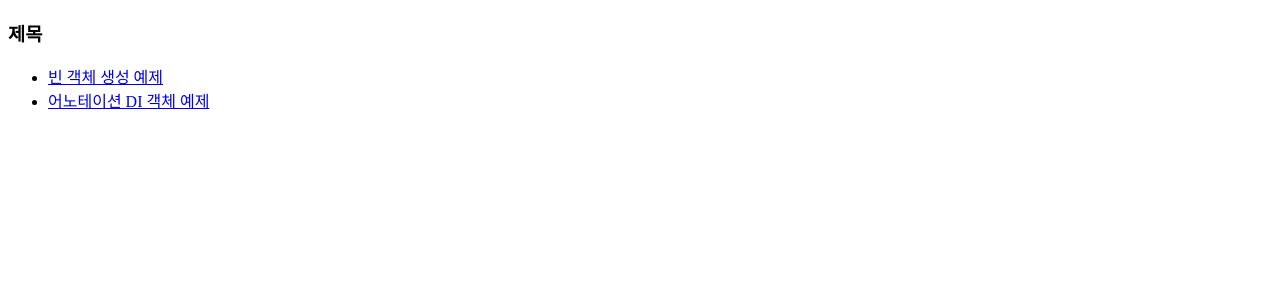
Repository: alstjd426/Spring
Page: http://localhost/Spring/
The author's editor kept a copy of each file at every save. The page is drawn from the files as they stood at one save, then again after the next save.
The browser window is 1280 px wide. The pictures show the whole page.
The page is served by Tomcat 9. Other server files are loaded and not shown.

Above is the page before, as saved 2025-04-07 06:46:53.

### Spring/src/main/webapp/index.jsp
<%@ page language="java" contentType="text/html; charset=EUC-KR"
    pageEncoding="EUC-KR"%>
<!DOCTYPE html>
<html>
<head>
<meta charset="EUC-KR">
<title>Insert title here</title>
</head>
<body>
	<h3>제목</h3>
	<ul>
		<li><a href="createBean">빈 객체 생성 예제</a></li>
		<li><a href="annotationDI">어노테이션 DI 객체 예제</a></li>
	</ul>
</body>
</html>

After the next save:
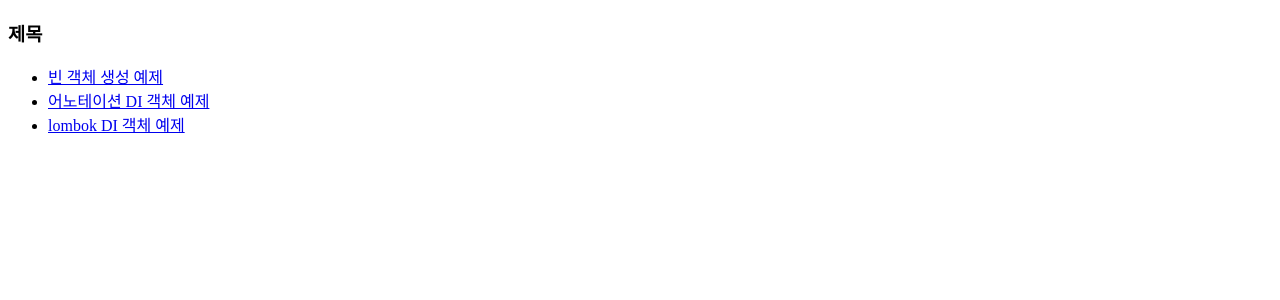
Saved 65 s later.
--- a/Spring/src/main/webapp/index.jsp
+++ b/Spring/src/main/webapp/index.jsp
@@ -11,6 +11,7 @@
 	<ul>
 		<li><a href="createBean">빈 객체 생성 예제</a></li>
 		<li><a href="annotationDI">어노테이션 DI 객체 예제</a></li>
+		<li><a href="lombokDIView">lombok DI 객체 예제</a></li>
 	</ul>
 </body>
 </html>
